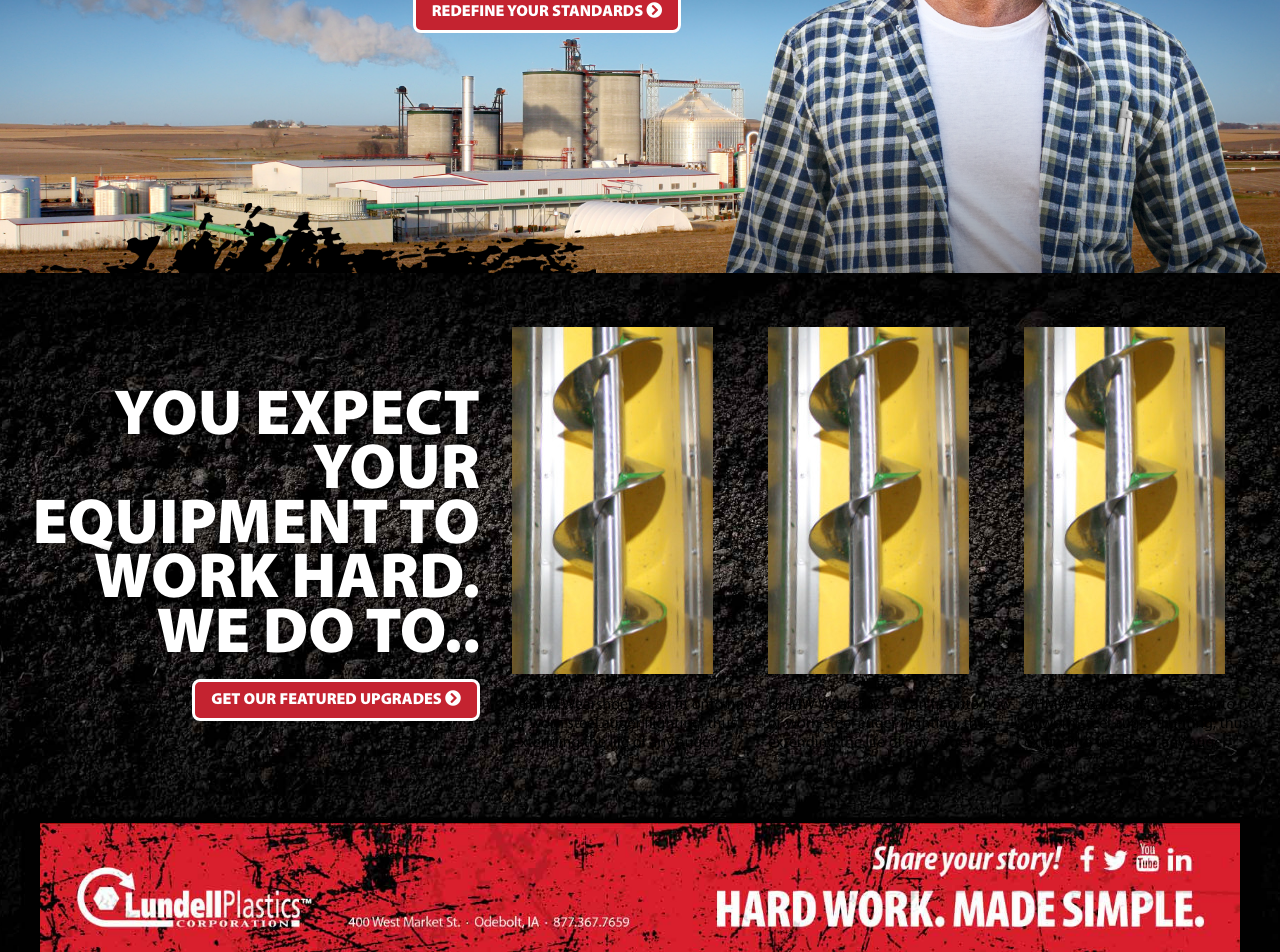
Repository: duc-bsc/lpc-hardwork-campagin-main
Page: html/index.html
These files come from the project's save history. The page is drawn as it stood at one moment and after the next save; the edit follows.
The browser window is 1280 px wide. The pictures show the part of the page from y = 1885 to 2837 px (the page is 2837 px tall).
A picture or video elsewhere on the page could not be fetched, so the positions and the page height are approximate. Some web libraries are served in a nearby version.

Above is the page before, as saved 2022-02-27 09:38:33.

### html/index.html
<!DOCTYPE html>
<html lang="en">

<head>
  <meta charset="UTF-8" />
  <meta http-equiv="X-UA-Compatible" content="IE=edge" />
  <meta name="viewport" content="width=device-width, initial-scale=1.0" />
  <title>Hardwork</title>
  <link rel="stylesheet" href="assets/style.css" />
  <link rel="stylesheet" href="https://pro.fontawesome.com/releases/v5.10.0/css/all.css"
    integrity="sha384-AYmEC3Yw5cVb3ZcuHtOA93w35dYTsvhLPVnYs9eStHfGJvOvKxVfELGroGkvsg+p" crossorigin="anonymous" />
</head>

<body style="min-width: 350px">
  <!--  -->
  <section>
    <img width="100%" height="auto" class="d-block h-auto w-100" alt="" loading="lazy" src="images/top.jpg" />
  </section>

  <!--  -->
  <section class="position-relative mt-neg11vw">
    <img width="100%" height="auto" class="d-block h-auto w-100 position-sm-absolute fullsize-sm" alt="" loading="lazy"
      src="images/plantstrong-bg.png" />
    <div class="w-50vw position-absolute bottom-0 right-0 mt-neg8vw d-sm-none">
      <img width="100%" height="auto" class="d-block h-auto w-100" alt="" loading="lazy"
        src="images/plantstrong-man.png" />
    </div>
    <section class="
          inset-0
          position-md-absolute position-sm-relative
          gradient-background
        " id="plantstrong-text">
      <article class="container">
        <!-- <h2></h2><span class="h2">.</span> -->
        <p class="mb-0">
          <strong>Plant&nbsp;<br />Strong</strong>&nbsp;
        </p>
        <p class="mb-05 drop-shadow">
          For more than 35 years we’ve been manufacturing products that keep
          you and your equipment working e ciently season after season. From
          our gentle Poly Cupped FlightingTM to our FreeFloTM seed tender
          products, our simple made equipment upgrades will be sure to give
          this planting season a boost.
        </p>
        <span></span>
        <p class="m-0">
          <a class="button" href="">INCREASE PLANTING EFFICIENCY
            <i class="fas fa-chevron-circle-right"></i></a>
        </p>
      </article>
    </section>
  </section>

  <!--  -->
  <section class="position-relative mt-neg11vw">
    <img width="100%" height="auto" class="d-block h-auto w-100 position-sm-absolute" alt="" loading="lazy"
      src="images/harvestsmart-bg.png" />

    <div class="w-50vw position-absolute bottom-0 mt-neg8vw d-sm-none" id="harvestsmart-man">
      <img width="100%" height="auto" class="d-block h-auto w-100 d-sm-none" alt="" loading="lazy"
        src="images/harvestsmart-man.png" style="max-width: 35vw" />
    </div>

    <section class="
          inset-0
          position-md-absolute position-sm-relative
          gradient-background
        " id="harvestsmart-text">
      <article class="container">
        <!-- <h2></h2><span class="h2">.</span> -->
        <p class="mb-0">
          <strong>Harvest&nbsp;<br />Smart</strong>&nbsp;
        </p>
        <p class="mb-05 drop-shadow">
          Here at Lundell Plastics we manufacture a vast array of products to
          help shield your equipment from corrosion, wear, and potential loss
          of grain. Weather you need to replace worn out parts or prevent
          future maintenance, our simple made equipment upgrades will take
          your harvest to the next level.
        </p>
        <span></span>
        <p class="m-0">
          <a class="button" href="">Elevate your harvest <i class="fas fa-chevron-circle-right"></i></a>
        </p>
      </article>
    </section>
  </section>

  <!--  -->
  <section class="position-relative mt-neg11vw" style="z-index: 5">
    <img width="100%" height="auto" class="d-block h-auto w-100 position-sm-absolute" alt="" loading="lazy"
      src="images/standardsredefined-bg.png" />

    <div class="w-50vw position-absolute bottom-0 right-0 mt-neg8vw d-sm-none">
      <img width="100%" height="auto" class="d-block h-auto w-100 d-sm-none" alt="" loading="lazy"
        src="images/standardsredefined-man.png" />
    </div>

    <section class="inset-0 position-md-absolute position-sm-relative" id="standards-redefined">
      <article class="container">
        <!-- <h2></h2><span class="h2">.</span> -->
        <p class="mb-0">
          <strong>STANDARDS&nbsp;<br />REDEFINED</strong>&nbsp;
        </p>
        <p class="mb-05 drop-shadow">
          keep the whole operation moving smoothly with Lundell. We make
          products to handle anything you throw their way. From our heavy-
          duty drag paddles and flighting to our ExoPlateTM Liners we're
          changing industry expectations.
        </p>
        <span></span>
        <p class="m-0">
          <a class="button" href="">Redefine your standards
            <i class="fas fa-chevron-circle-right"></i>
          </a>
        </p>
      </article>
    </section>
  </section>
  <!--  -->
  <section class="position-relative footer">
    <div class="row">
      <!-- text -->
      <div class="col-left">
        <article class="container">
          <p class="mb-0">
            <strong>YOU EXPECT YOUR<br />EQUIPMENT TO<br/>WORK HARD.<br/>WE DO TO.</strong>
          </p>
          <span></span>
          <p class="m-0">
            <a class="button" href="">GET OUR FEATURED UPGRADES
              <i class="fas fa-chevron-circle-right"></i>
            </a>
          </p>
        </article>

      </div>
      <!-- products -->
      <div class="col-right">
        <div class="row-products">
          <div class="col">
              <img src="./images/product-1.jpg" alt="">
              <p>UHMW Wearshoes™ can fit
                onto new or worn steel auger
                flighting, thus extending the
                life of any auger.</p>
          </div>
          <div class="col">
              <img src="./images/product-1.jpg" alt="">
              <p>UHMW Wearshoes™ can fit
                onto new or worn steel auger
                flighting, thus extending the
                life of any auger.</p>
          </div>
          <div class="col">
              <img src="./images/product-1.jpg" alt="">
              <p>UHMW Wearshoes™ can fit
                onto new or worn steel auger
                flighting, thus extending the
                life of any auger.</p>
          </div>
        </div>
      </div>
    </div>

    <img width="100%" height="auto" class="d-block h-auto w-100 " alt="" loading="lazy"
      src="images/footer-banner.jpg" />
  </section>
</body>

</html>

### html/assets/style.css
/* @font-face {
    font-family: MyriadPro-Black;
    src: url("fonts/MyriadPro-Black.otf") format("opentype");
} */
html {
  background: #000;
}
@font-face {
  font-family: MyriadPro;
  src: url("fonts/MyriadPro-Regular.otf") format("opentype");
}

@font-face {
  font-family: MyriadPro;
  font-weight: bold;
  src: url("fonts/MyriadPro-Black.otf") format("opentype");
}

* {
  font-family: MyriadPro;
}

article p {
  color: white;
  text-shadow: 0 0 8px black;
}

article p:nth-child(2) {
  /* max-width: 30vw; */
}

.mb-05 {
  margin-bottom: 8px;
}

.mb-0 {
  margin-bottom: 0;
}

.gradient-background {
  background: linear-gradient(0deg, black, transparent 37%);
}

article h2,
article .h2 {
  text-transform: uppercase;
  color: white;
  font-weight: bold;
  text-shadow: 0 0 8px black;
  line-height: 0.85em;
  text-align: right;
  margin: 0;
}

body {
  margin: 0;
}

.mt-neg8vw {
  margin-top: -8vw;
}

.mt-neg11vw {
  margin-top: -11vw;
}

.w-50vw {
  width: 45vw;
}

.bottom-0 {
  bottom: 0;
}

.right-0 {
  right: 0;
}

.m-0 {
  margin: 0;
}

.inset-0 {
  inset: 0;
}

.container {
  max-width: 1200px;
  margin: auto;
}

.position-relative {
  position: relative;
}

.position-absolute {
  position: absolute;
}

article p strong {
  text-shadow: 0 0 8px black;
  line-height: 0.85em;
  text-align: right;
  text-transform: uppercase;
  display: inline-block;
  font-size: 4em;
}

article p strong::after {
  content: ".";
}

.d-block {
  display: block;
}

.w-100 {
  width: 100%;
}

.h-auto {
  height: auto;
}
article {
  padding: 8vw 1rem;
  grid-gap: 1rem;
}

#plantstrong-text {
  padding-right: 37vw;
  padding-left: 25vw;
}

@media screen and (max-width: 1600px) {
  #plantstrong-text {
    padding-right: 37vw;
    padding-left: 2vw;
  }
}
@media screen and (max-width: 1100px) {
  .article.container {
    padding: 5vw 1rem;
  }
}

@media screen and (max-width: 599.98px) {
}
#standards-redefined {
  padding-right: 25vw;
}

#harvestsmart-man {
  left: 3vw;
  max-width: 40vw;
}

#harvestsmart-text {
  padding-left: 30vw;
  padding-top: 8vw;
}

section.position-relative > img {
  width: 100%;
  height: 100%;
  object-fit: cover;
}

article a {
  font-weight: bold;
  background: #c42330;
  padding: 0.5rem 1rem;
  border: solid;
  color: white;
  text-decoration: none;
  border-radius: 8px;
  display: inline-block;
  text-transform: uppercase;
  text-shadow: none;
}
article {
  display: grid;
  align-items: flex-end;
  justify-content: center;
  grid-template-columns: auto auto;
}

.drop-shadow {
  filter: drop-shadow(2px 4px 6px black);
}

@media screen and (max-width: 999.98px) {
  article.container {
    display: flex;
    flex-wrap: wrap;
    flex-direction: column;
    align-items: flex-start;
    grid-gap: 0px;
  }

  section.position-relative {
    /* min-height: 80vw !important; */
  }

  section.position-relative > img {
    /* min-height: 80vw !important; */
  }

  article p strong {
    text-align: left;
    font-size: 3rem;
  }
  /* article p:nth-child(2) {
    max-width: 60vw;
  } */
  article p:last-child {
    margin-bottom: 10vw;
  }

  article p strong br {
  }
  #standards-redefined {
    padding-top: 10vw;
  }
}
@media screen and (max-width: 599.98px) {
  #harvestsmart-text {
    padding-left: 0;
    padding-top: 0;
  }

  #harvestsmart-man {
    left: auto;
    right: 0;
  }
  .d-sm-none {
    display: none !important;
  }
  .article p:nth-child(2) {
    width: 90vw !important;
  }
  #plantstrong-text {
    padding: 0;
  }

  #standards-redefined {
    padding-right: 0;
  }
}

/*

@media screen and (max-width: 1199.98px) {
    article p strong {
        font-size: 2em;
    }
    .fullsize-sm {
        inset: 0;
        width: 100%;
        height: 100%;
        object-fit: cover;
    }
    article {
        padding: 16vw 1rem;
    }


    .position-sm-relative {
        position: relative;
    }

    .position-sm-absolute {
        position: absolute;
    }
} */

@media screen and (min-width: 1000px) {
  .position-md-relative {
    position: relative;
  }

  .position-md-absolute {
    position: absolute;
  }
}

@media screen and (max-width: 999.98px) {
  .position-sm-relative {
    position: relative;
  }

  .position-sm-absolute {
    position: absolute;
  }
}
/*

} */
/*== == == == ==>footer<== == == == == */
.footer{
  background-image: url('../images/footer-bg.jpg');
  background-repeat: no-repeat;
  background-size: cover;
  background-position: center;
}
.footer img{
  max-width:1200px;
  margin: 0 auto;
}
.footer .row{
  display: flex;
  align-items: center;
  justify-content: center;
}
/*== == == == ==>col left<== == == == == */
.footer .row >.col-left{
  width: 40%;
}
.footer .col-left .container {
  text-align:end;
}
/*== == == == ==>col right<== == == == == */
.footer .row >.col-right{
  width: 60%;
}

.footer .row-products{
  display: flex;
  align-items: center;
  justify-content: center;
}

After the next save:
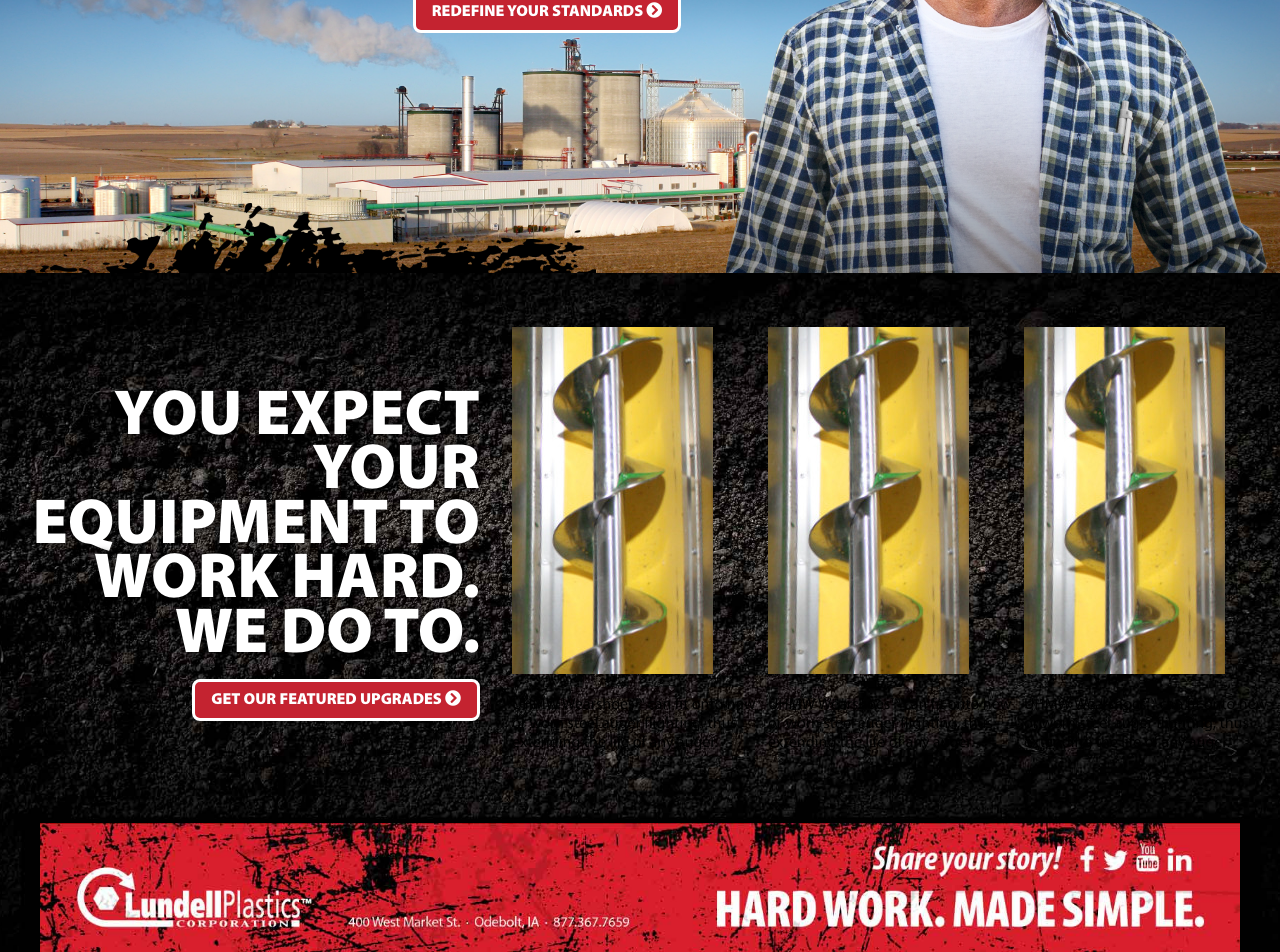
Saved 22 s later.
--- a/html/index.html
+++ b/html/index.html
@@ -124,7 +124,7 @@
       <div class="col-left">
         <article class="container">
           <p class="mb-0">
-            <strong>YOU EXPECT YOUR<br />EQUIPMENT TO<br/>WORK HARD.<br/>WE DO TO.</strong>
+            <strong>YOU EXPECT YOUR<br />EQUIPMENT TO<br/>WORK HARD.<br/>WE DO TO</strong>
           </p>
           <span></span>
           <p class="m-0">
